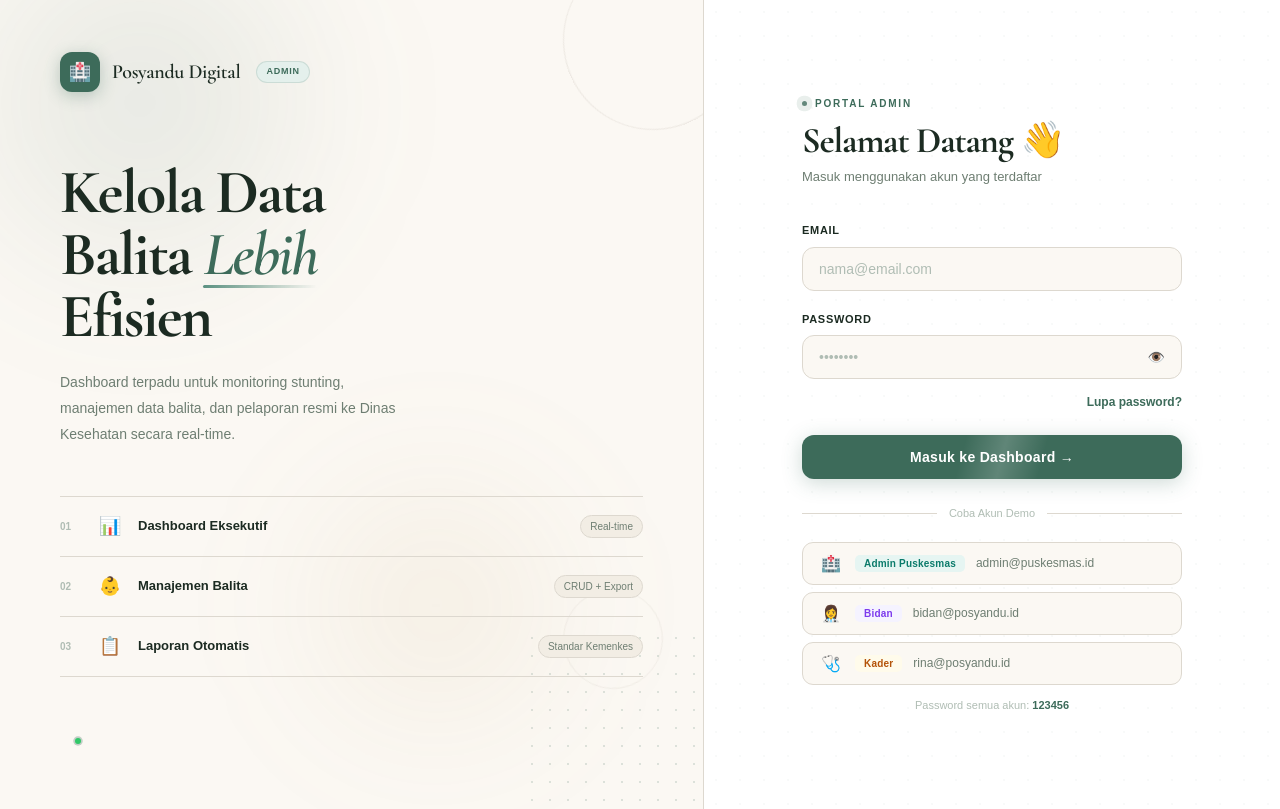
Repository: RiskyXfebriansyah/project_pui
Page: /
These files come from the project's save history. The page is drawn as it stood at one moment and after the next save; the edit follows.
The browser window is 1280 px wide. The pictures show the whole page.
Some web fonts or font styles are not loaded; a fallback is used. The project was rebuilt for these pictures with package versions that can differ from the ones it lists, and the page was loaded fresh each time. Also part of the build but not shown: vite.config.js, src/utils/helpers.js, src/components/ui/Components.jsx, src/data/dummyData.js, src/pages/DashboardPage.jsx, src/pages/BalitaPage.jsx, src/pages/LaporanPage.jsx, src/pages/JadwalPage.jsx and 3 more.

Above is the page before, as saved 2026-03-03 08:20:58.

After the next save:
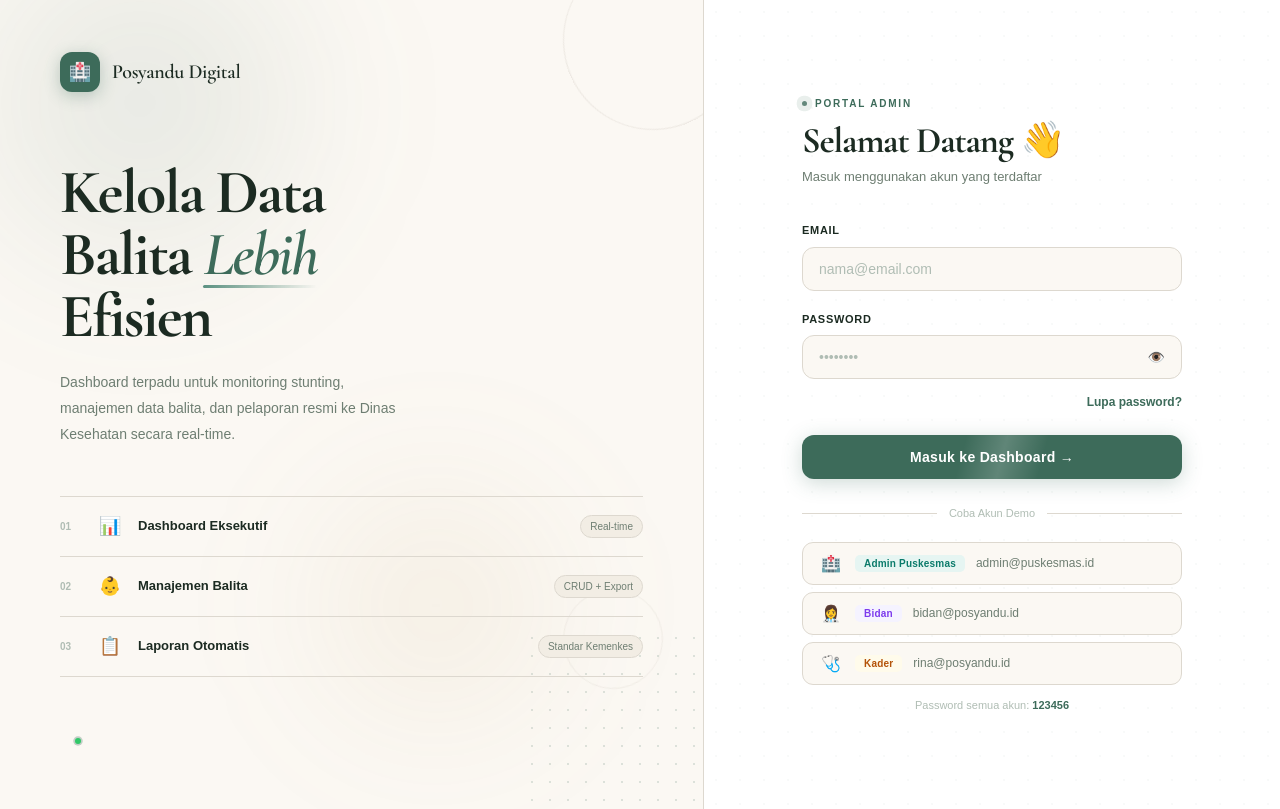
Saved 18 s later.
--- a/src/pages/LoginPage.jsx
+++ b/src/pages/LoginPage.jsx
@@ -631,7 +631,6 @@ export default function LoginPage({ onLogin, error: externalError }) {
           <div className="logo">
             <div className="logo-icon">🏥</div>
             <span className="logo-name">Posyandu Digital</span>
-            <span className="logo-badge">Admin</span>
           </div>
 
           <div className="hero">
